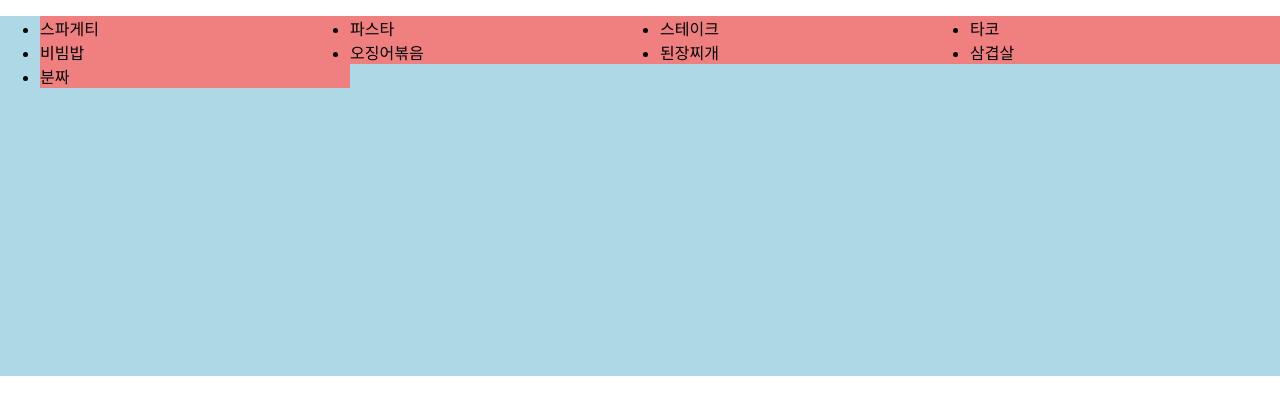
Repository: YEOMJINSEOP/playground
Page: / (app in practicegrid/)
These files come from the project's save history. The page is drawn as it stood at one moment and after the next save; the edit follows.
The browser window is 1280 px wide. The pictures show the whole page.
The project was rebuilt for these pictures with package versions that can differ from the ones it lists, and the page was loaded fresh each time.

Above is the page before, as saved 2022-11-01 17:12:58.

After the next save:
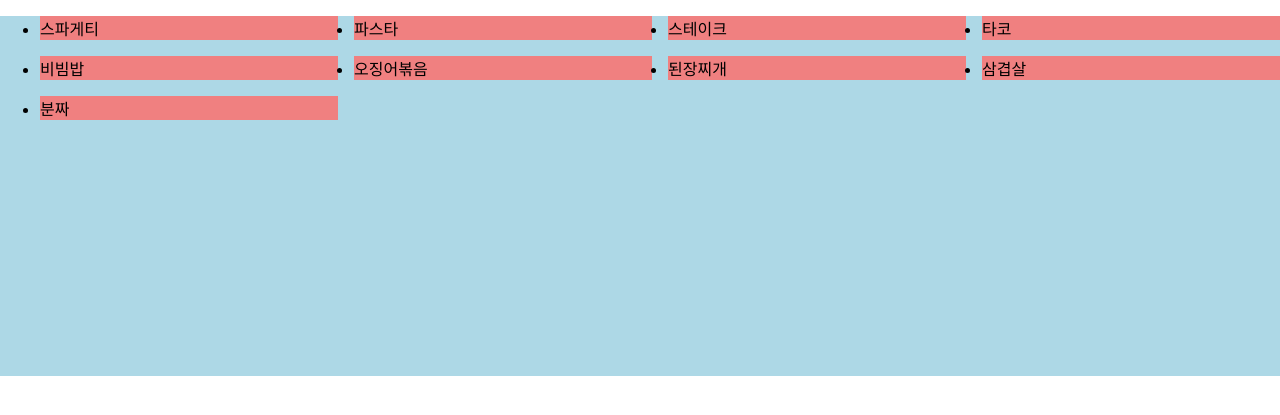
Saved 7 s later.
--- a/practicegrid/src/App.css
+++ b/practicegrid/src/App.css
@@ -9,7 +9,7 @@
 ul{
   display: grid;
   grid-template-columns: repeat(4, 1fr);
-
+  grid-gap: 1rem;
 
 }
 
